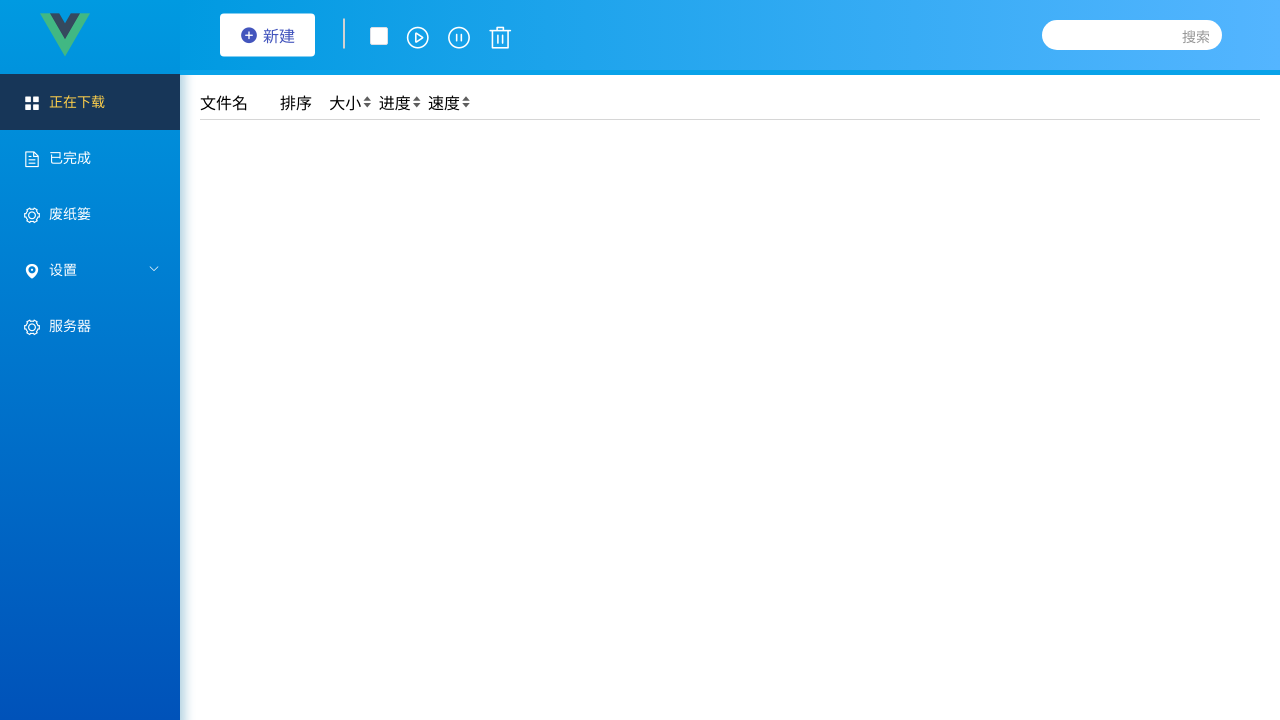
Repository: Ahui-qn/Aria2
Page: /
An editor plug-in stored every save of this project. The page is shown before and after the next save, followed by the edit.
The browser window is 1280 px wide. The pictures show the whole page.
The page's requests for data from a server got no answer. The project was rebuilt for these pictures with package versions that can differ from the ones it lists, and the page was loaded fresh each time. No one was signed in, and anything a server would have sent is missing. Also part of the build but not shown: src/components/Tables.vue.

Above is the page before, as saved 2021-11-03 11:31:54.

After the next save:
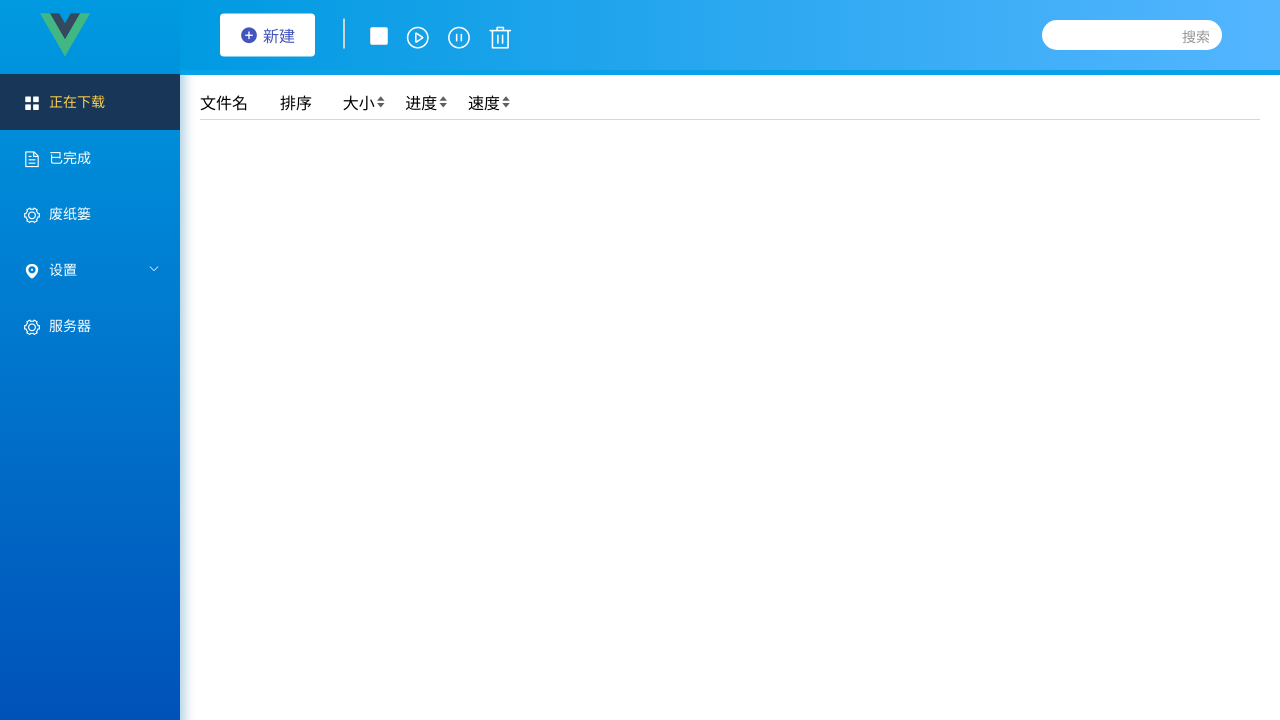
Saved 8 s later.
--- a/src/components/Header.vue
+++ b/src/components/Header.vue
@@ -10,7 +10,7 @@
             top: 0;
             left: 80px;
             display: flex;
-            width: 180px;
+            width: 220px;
             justify-content: space-between;
             div {
                 position: relative;
